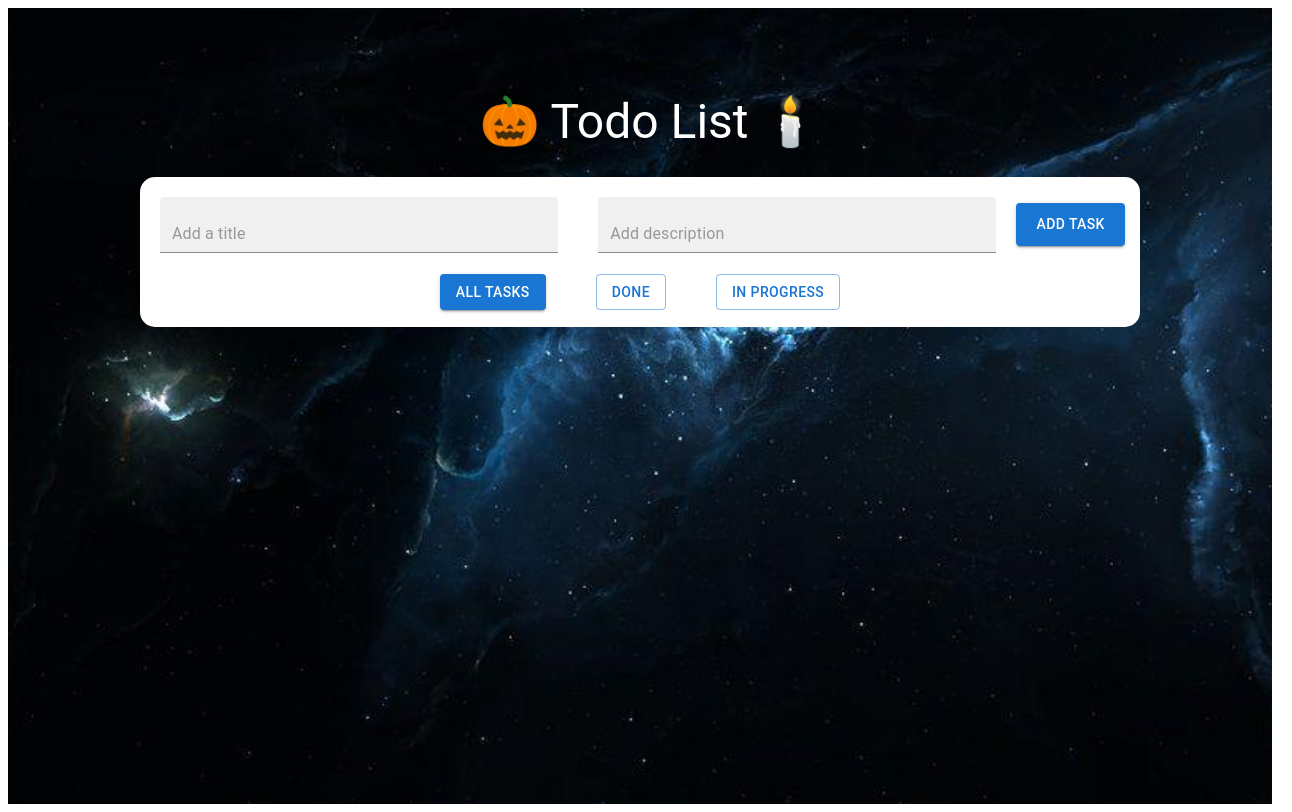
Repository: Tracy-maker/TodoList
Page: /
The author's editor kept a copy of each file at every save. The page is drawn from the files as they stood at one save, then again after a run of saves.
The browser window is 1280 px wide. The page is 1292 px wide, so the pictures cover 1292 px, including what lies to the right of the window. The pictures show the whole page.
The project was rebuilt for these pictures with package versions that can differ from the ones it lists, and the page was loaded fresh each time. Also part of the build but not shown: src/components/TaskEdit.js, src/components/TaskShow.js.

Above is the page before, as saved 2023-09-20 21:03:24.

### public/index.html
<!DOCTYPE html>
<html lang="en">
  <head>
    <meta charset="utf-8" />
    <link rel="icon" href="%PUBLIC_URL%/favicon.ico" />
    <meta name="viewport" content="width=device-width, initial-scale=1" />
    <meta name="theme-color" content="#000000" />
    <meta
      name="description"
      content="Web site created using create-react-app"
    />
    <link rel="apple-touch-icon" href="%PUBLIC_URL%/logo192.png" />
    <!--
      manifest.json provides metadata used when your web app is installed on a
      user's mobile device or desktop. See https://developers.google.com/web/fundamentals/web-app-manifest/
    -->
    <link rel="manifest" href="%PUBLIC_URL%/manifest.json" />
    <link href="https://fonts.googleapis.com/css2?family=Montserrat:wght@300;400;500&amp;display=swap" rel="stylesheet">
    <!--
      Notice the use of %PUBLIC_URL% in the tags above.
      It will be replaced with the URL of the `public` folder during the build.
      Only files inside the `public` folder can be referenced from the HTML.

      Unlike "/favicon.ico" or "favicon.ico", "%PUBLIC_URL%/favicon.ico" will
      work correctly both with client-side routing and a non-root public URL.
      Learn how to configure a non-root public URL by running `npm run build`.
    -->
    <title>React App</title>
  </head>
  <body>
    <noscript>You need to enable JavaScript to run this app.</noscript>
    <div id="root"></div>
    <!--
      This HTML file is a template.
      If you open it directly in the browser, you will see an empty page.

      You can add webfonts, meta tags, or analytics to this file.
      The build step will place the bundled scripts into the <body> tag.

      To begin the development, run `npm start` or `yarn start`.
      To create a production bundle, use `npm run build` or `yarn build`.
    -->
  </body>
</html>

### src/App.js
import { useState, useEffect } from "react";
import CreateTask from "./components/CreateTask";
import TaskList from "./components/TaskList";
import { Box, Stack } from "@mui/material";
import styled from "styled-components";
import Typography from "@mui/material/Typography";
import Image1 from "./image/7.jpg";
import TaskButton from "./components/TaskButton";

const StyledContainer = styled(Stack)`
  height: 100vh;
  width: 100%;
  display: flex;
  align-items: stretch;
  padding-top: 6%;
  background-image: url(${Image1});
  background-size: cover;
  background-repeat: no-repeat;
`;

const TaskForm = styled(Box)`
  margin-left: auto;
  margin-right: auto;
  width: 1000px;
  background-color: white;
  border-radius: 15px;
  @media (max-width: 768px) {
    width: 100%;
  }
`;
const Title = styled(Typography)`
  color: white;
  margin: auto;
  width: 100%;
  padding: 10px;
  text-align: center;
`;

function App() {
  const [filter, setFilter] = useState("all");
  const [tasks, setTasks] = useState(() => {
    const localValue = localStorage.getItem("tasks");
    if (localValue == null) return [];
    return JSON.parse(localValue);
  });

  useEffect(() => {
    localStorage.setItem("tasks", JSON.stringify(tasks));
  }, [tasks]);

  const createTask = (title, description) => {
    const newTask = {
      id: crypto.randomUUID(),
      title: title,
      description: description,
      status: "inProgress",
    };

    const existingTasks = JSON.parse(localStorage.getItem("tasks")) || [];
    existingTasks.push(newTask);
    localStorage.setItem("tasks", JSON.stringify(existingTasks));
    setTasks(existingTasks);
  };

  const deleteTasksById = (id) => {
    const existingTasks = JSON.parse(localStorage.getItem("tasks")) || [];
    const updatedTasks = existingTasks.filter((task) => {
      return task.id !== id;
    });
    localStorage.setItem("tasks", JSON.stringify(updatedTasks));
    setTasks(updatedTasks);
  };

  const editTaskById = (id, newTitle, newDescription) => {
    const existingTasks = JSON.parse(localStorage.getItem("tasks")) || [];
    const taskToEdit = existingTasks.findIndex((task) => task.id === id);

    if (taskToEdit) {
      const updatedTask = {
        ...taskToEdit,
        title: newTitle,
        description: newDescription,
      };

      const updatedTasks = existingTasks.map((task) =>
        task.id === id ? updatedTask : task
      );
      localStorage.setItem("tasks", JSON.stringify(updatedTasks));
      setTasks(updatedTasks);
    }
  };

  const handleFilterTasks = (filter) => {
    setFilter(filter);
  };

  let filteredTasks = tasks;
  if (filter !== "all") {
    filteredTasks = tasks.filter((task) => task.status === filter);
  }

  const toggleCheckedBoxById = (id) => {
    const updatedTasks = tasks.map((task) => {
      if (task.id === id) {
        let nextStatus;
        if (task.status === "done") {
          nextStatus = "inProgress";
        } else {
          nextStatus = "done";
        }
        return {
          ...task,
          status: nextStatus,
        };
      }
      return task;
    });
    setTasks(updatedTasks);
  };

  return (
    <StyledContainer>
      <Title variant="h3" gutterBottom>
        🎃 Todo List 🕯️
      </Title>
      <TaskForm>
        <CreateTask onCreate={createTask} />
        <TaskButton defaultValue={filter} onFilterChange={handleFilterTasks} />
        <TaskList
          toggleCheckedBoxById={toggleCheckedBoxById}
          tasks={filteredTasks}
          onDelete={deleteTasksById}
          onEdit={editTaskById}
        />
      </TaskForm>
    </StyledContainer>
  );
}
export default App;

### src/components/CreateTask.js
import * as React from "react";
import Stack from "@mui/material/Stack";
import TextField from "@mui/material/TextField";
import Button from "@mui/material/Button";
import { useState } from "react";
import { styled } from "@mui/material";

const Input = styled(TextField)`
  padding:2%;
  width: 80%;
`;

const AddButton = styled(Button)`
  margin: auto;
  width: 20%;
  padding: 9px;
  text-align: center;
  margin-right: 15px;
`;

function CreateTask(props) {
  const [title, setTitle] = useState("");
  const [description, setDescription] = useState("");

  const handleChange = (event) => {
    const { name, value } = event.target;
    if (name === "title") {
      setTitle(value);
    } else if (name === "description") {
      setDescription(value);
    }
  };

  const handleSubmit = (event) => {
    event.preventDefault();
    if (title.trim() !== "" || description.trim() !== "") {
      props.onCreate({ title, description });
      setTitle("");
      setDescription("");
    }
  };

  return (
    <Stack onSubmit={handleSubmit} component="form" direction="row">
      <Input
        name="title"
        value={title}
        onChange={handleChange}
        placeholder="Add a title"
        variant="filled"
      />
      <Input
        name="description"
        value={description}
        onChange={handleChange}
        placeholder="Add description"
        variant="filled"
      />
      <AddButton type="submit" variant="contained">
        Add Task
      </AddButton>
    </Stack>
  );
}

export default CreateTask;

### src/components/TaskList.js
import React from "react";
import TaskShow from "./TaskShow";

function TaskList(props) {

  const renderedTasksList = props.tasks.map((task) => {
    return (
      <TaskShow
        key={task.id}
        task={task}
        onDelete={props.onDelete}
        onEdit={props.onEdit}
        toggleCheckedBoxById={props.toggleCheckedBoxById}
      />

    );
  });
  return<ul>{renderedTasksList}</ul>;
}

export default TaskList;

### src/components/TaskButton.js
import * as React from "react";
import { Box, Button } from "@mui/material";
import styled from "styled-components";

const ButtonNavigationBar = styled(Box)`
  display: flex;
  justify-content: center;
  gap: 50px;
  padding: 1px;
`;

function TaskButton(props) {
  return (
    <ButtonNavigationBar>
      <Button
        variant={props.defaultValue === "all" ? "contained" : "outlined"}
        onClick={() => props.onFilterChange("all")}
      >
        All Tasks
      </Button>
      <Button
        variant={props.defaultValue === "done" ? "contained" : "outlined"}
        onClick={() => props.onFilterChange("done")}
      >
        Done
      </Button>
      <Button
        variant={props.defaultValue === "inProgress" ? "contained" : "outlined"}
        onClick={() => props.onFilterChange("inProgress")}
      >
        In Progress
      </Button>
    </ButtonNavigationBar>
  );
}
export default TaskButton;

Loaded but not shown: src/index.js (common file)

After the next 2 saves:
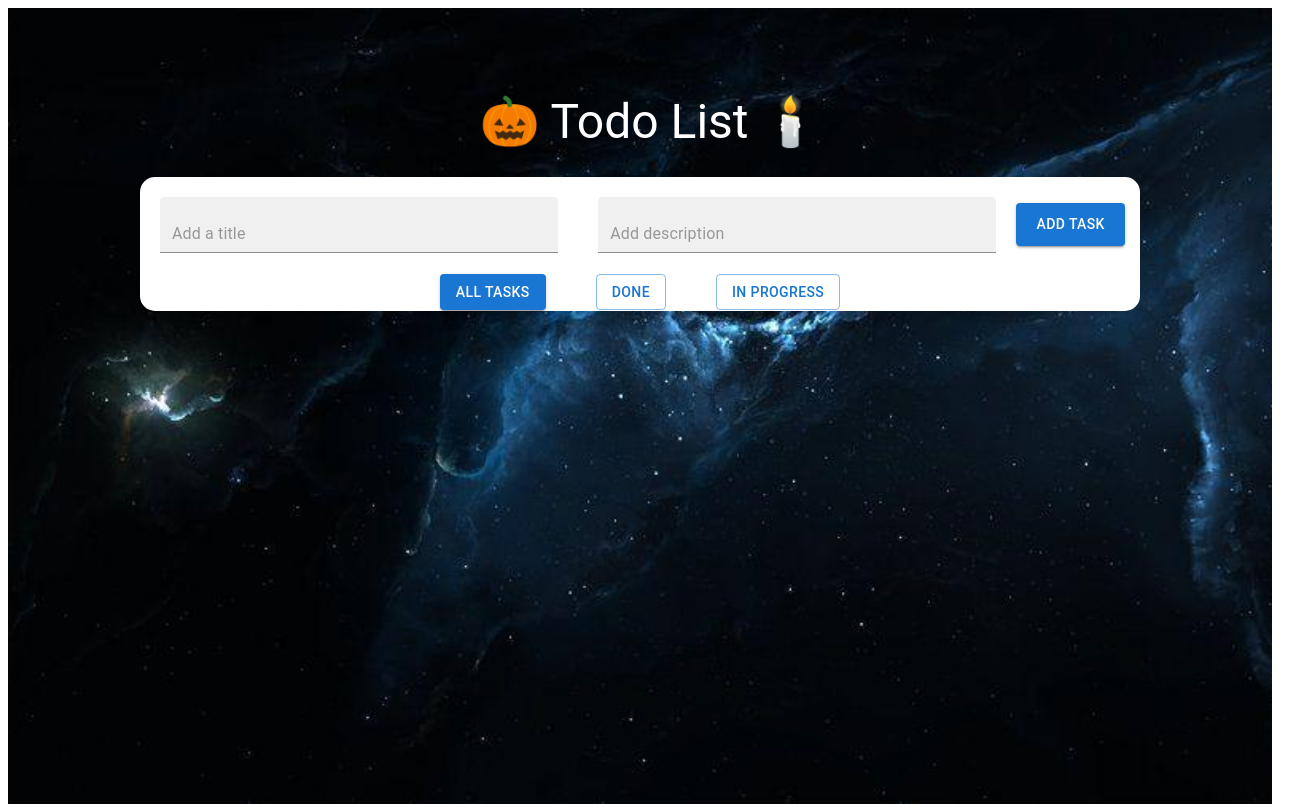
The 2 saves are shown as one change because 1 did not build or start.
The last was saved 38 s later.
--- a/src/components/TaskList.js
+++ b/src/components/TaskList.js
@@ -1,5 +1,6 @@
 import React from "react";
 import TaskShow from "./TaskShow";
+import { Box } from "@mui/material";
 
 function TaskList(props) {
 
@@ -15,7 +16,7 @@ function TaskList(props) {
 
     );
   });
-  return<ul>{renderedTasksList}</ul>;
+  return<Box>{renderedTasksList}</Box>;
 }
 
 export default TaskList;
